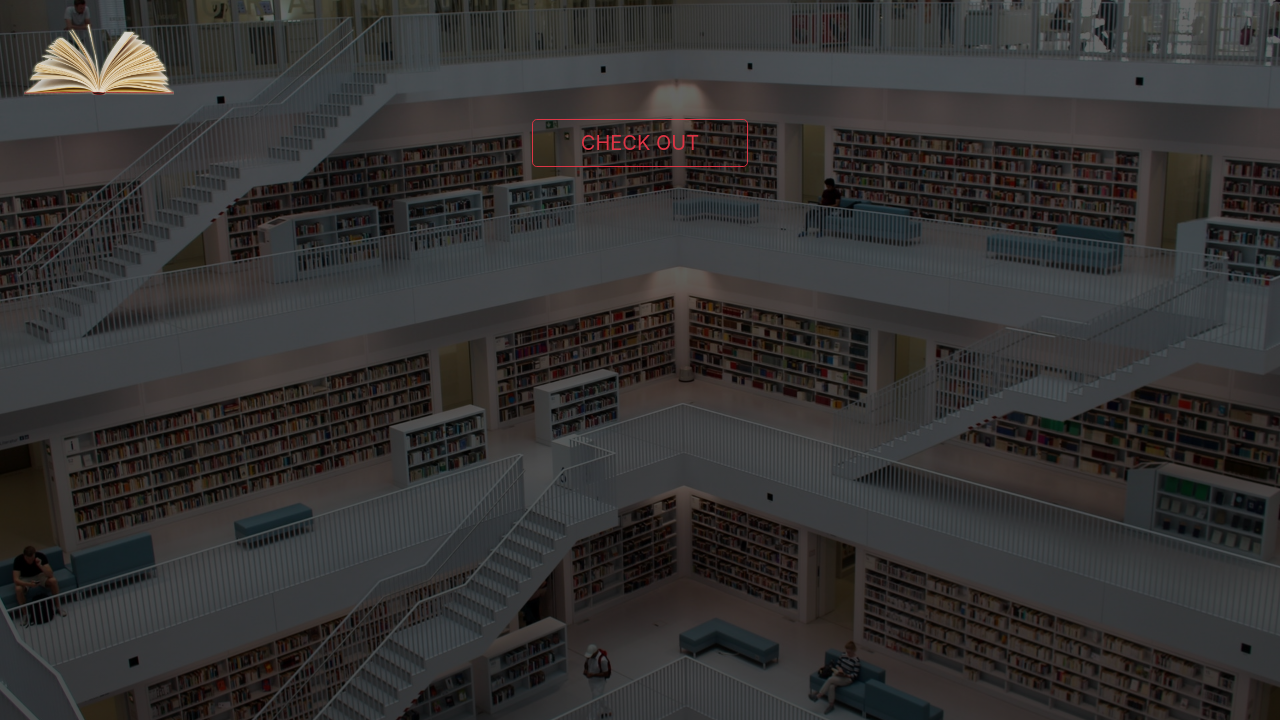
Repository: imedakrouti/BookStore
Page: index.html
These files come from the project's save history. The page is drawn as it stood at one moment and after the next save; the edit follows.
The browser window is 1280 px wide. The pictures show the whole page.
Some web libraries are served in a nearby version.

Above is the page before, as saved 2020-05-05 16:42:59.

### index.html
<!DOCTYPE html>
<html lang="en">
<head>
    <meta charset="UTF-8">
    <!-- meta view-port responsive design -->
    <meta name="viewport" content="width=device-width, initial-scale=1.0">
    <!-- Favicon -->
    <link rel="shortcut icon" href="images/img/title-img.png" type="image/x-icon">
    <!-- Fontawsome -->
    <link rel="stylesheet" href="https://use.fontawesome.com/releases/v5.0.10/css/all.css" integrity="sha384-+d0P83n9kaQMCwj8F4RJB66tzIwOKmrdb46+porD/OvrJ+37WqIM7UoBtwHO6Nlg" crossorigin="anonymous">
    <!-- Css Bootstrap -->
    <link rel="stylesheet" href="pluguin/bootstrap/css/bootstrap.min.css">
    <!-- Css style -->
    <link rel="stylesheet" href="styles/styles.css">
    <title>Books Site</title>
</head>
<body>
    <!-- Header -->
    <header>
        <div>
            <a href=""><img src="images/img/book.png"width="150px" class="img-fluid m-4" alt=""></a>
        </div>
        <!-- Hero -->

          <div class="container">
            <div class="row">
                <div class="hero col">
                    <a href="" class="btn btn-lg btn-outline-danger  px-5 text-uppercase ">check out</a>
                </div>
            </div>
        </div>
    </div>
    <!-- End Hero -->
    </header>
    <!-- End Of Header -->
<!-- Jquery -->
<script src="pluguin/jquery-3.3.1.min.js"></script>
<!-- Popper js -->
<script src="pluguin/popper.js"></script>
<!-- Bootstrap js  -->
<script src="pluguin/bootstrap/js/bootstrap.min.js"></script>
<!-- Own js file -->
<script src="js/script.js"></script>
</body>
</html>

### styles/styles.css
@import url('https://fonts.googleapis.com/css?family=Great+Vibes&display=swap');

*{
    margin: 0;
    padding: 0;
    box-sizing:border-box;
}
body{
    /* font-family: 'Great Vibes', cursive; */
}
a:hover{
    text-decoration: none;
}
header{
    height: 100vh;
    background:linear-gradient(rgba(0,0,0,0.6),rgba(0,0,0,0.7)),url('../images/img/header-bg.jpeg')no-repeat fixed center /cover;
}
.hero{

    display: flex;

    align-items: center;
    flex-direction: column;
}

Loaded but not shown: pluguin/bootstrap/css/bootstrap.min.css (library); pluguin/jquery-3.3.1.min.js (library); pluguin/popper.js (library); pluguin/bootstrap/js/bootstrap.min.js (library); js/script.js (no copy from this time; the picture is the same without it)

After the next save:
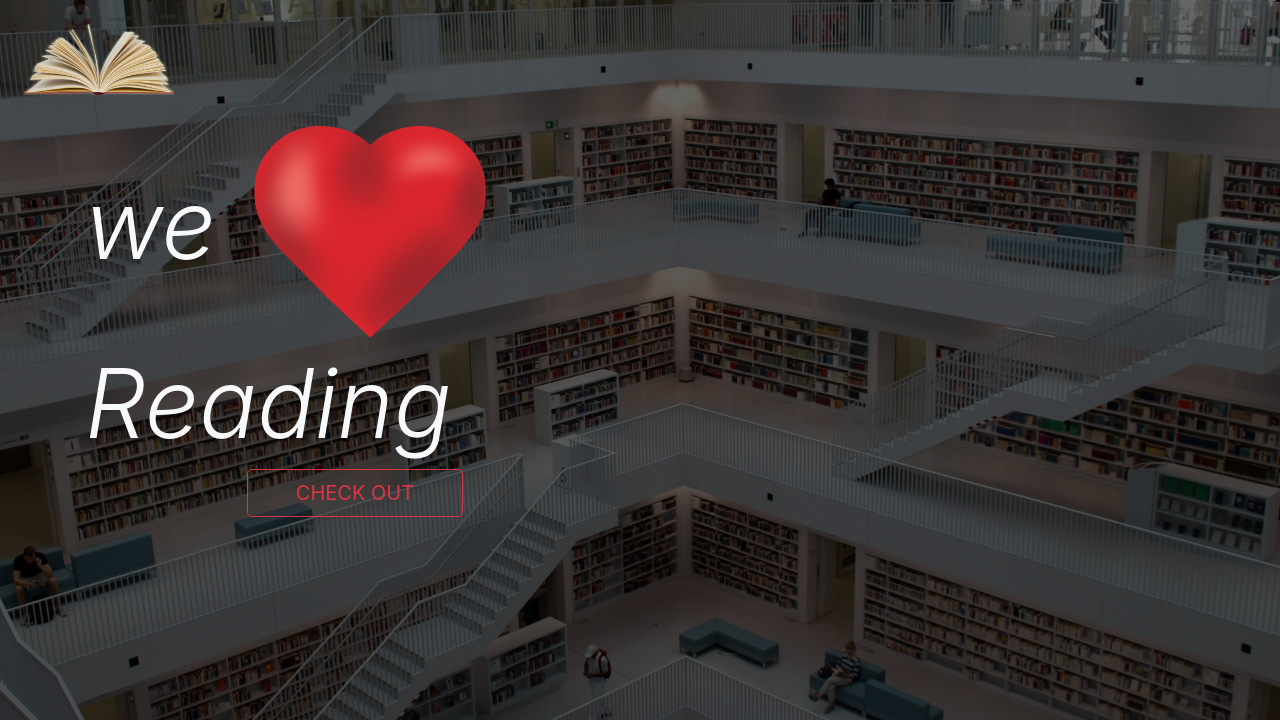
Saved 10 s later.
--- a/index.html
+++ b/index.html
@@ -24,7 +24,8 @@
 
           <div class="container">
             <div class="row">
-                <div class="hero col">
+                <div class="hero col-md-6">
+                    <h1 class="text-light display-1 font-italic heading hero-heading">we <img src="images/img/heart.png"width="250px" alt=""class="img-fliud">Reading</h1>
                     <a href="" class="btn btn-lg btn-outline-danger  px-5 text-uppercase ">check out</a>
                 </div>
             </div>
